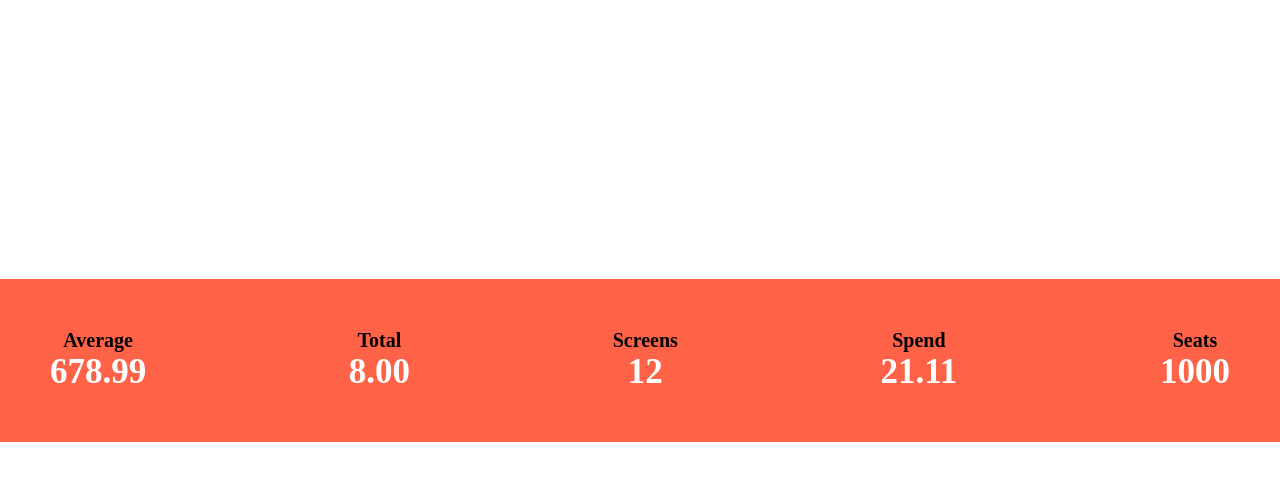
Repository: Dmitriy970411/myDoc1
Page: my-jquery-workings/counter/index.html
An editor plug-in stored every save of this project. The page is shown before and after the next save, followed by the edit.
The browser window is 1280 px wide. The pictures show the whole page.

Above is the page before, as saved 2020-01-31 17:33:44.

After the next save:
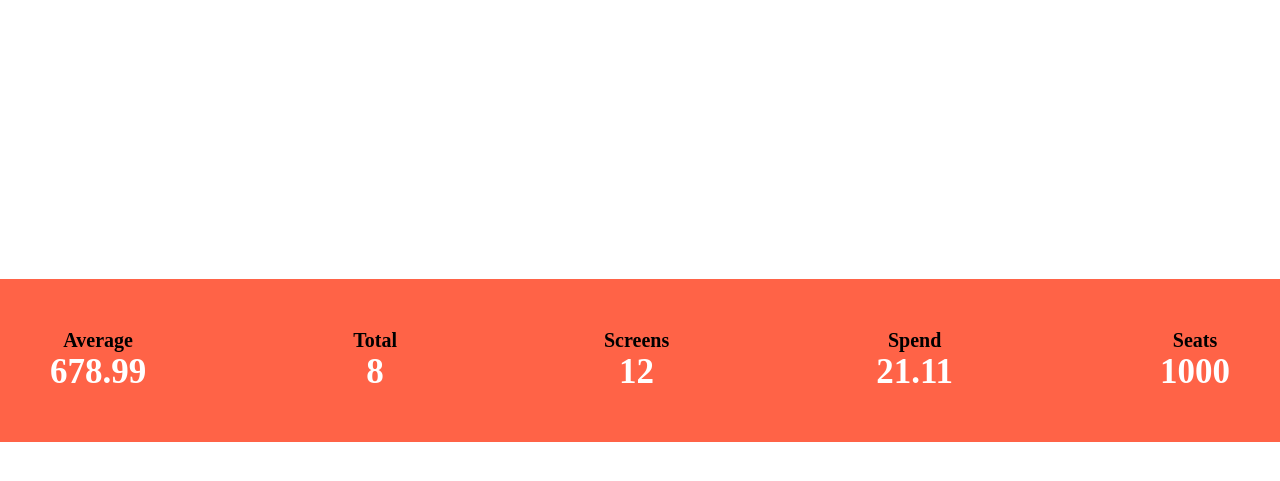
Saved 19 s later.
--- a/my-jquery-workings/counter/js/main.js
+++ b/my-jquery-workings/counter/js/main.js
@@ -28,7 +28,7 @@
 			step: function (func) {
 				// console.log(func);
 				// if(index == 0 ) {
-					var pointNumb = $(this).text(parseFloat(func).toFixed(size));
+					var pointNumb = $(this).text(parseFloat(func));
 				// }
 
 				// if(index != 0) {
